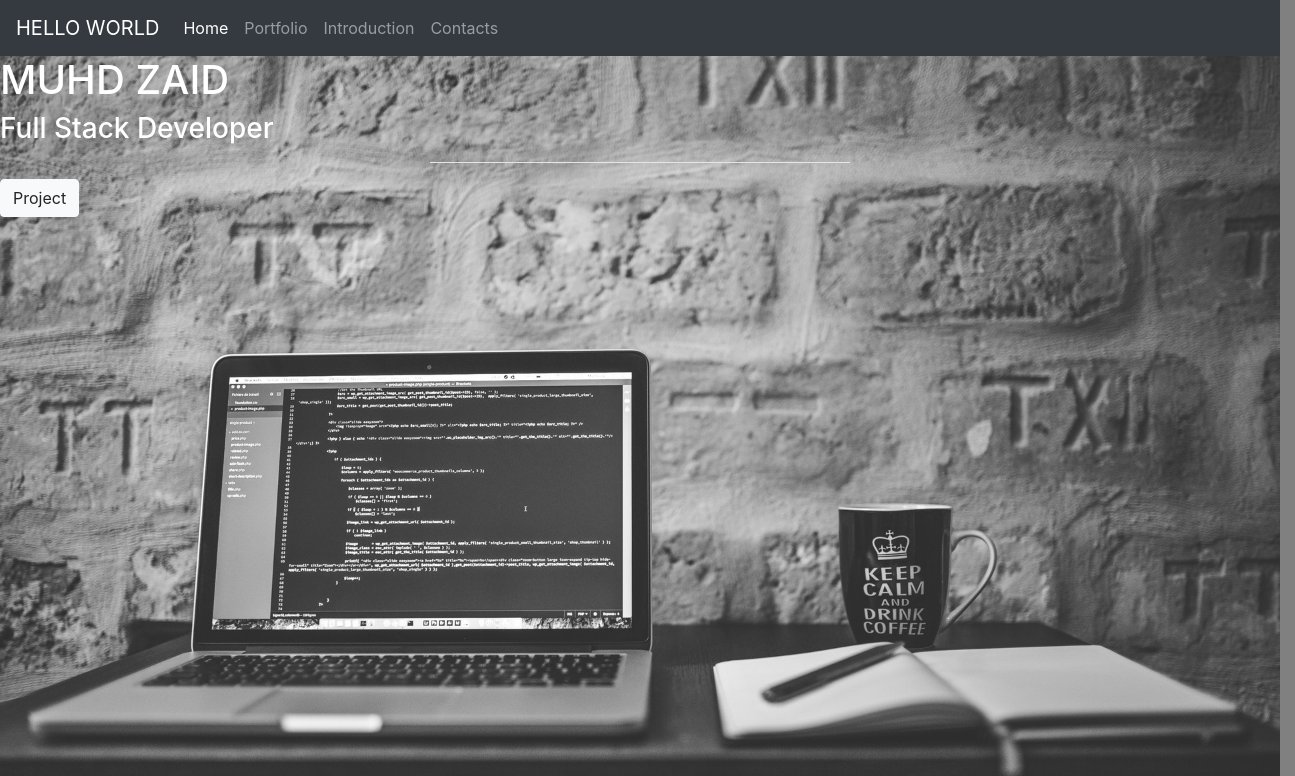
Repository: Code-Institute-Submissions/Zaidcoll-Project1
Page: index.html
The author's editor kept a record of every edit. The page is drawn from the files as they stood at one moment, then again after the next edit.
The browser window is 1280 px wide. The page is 1295 px wide, so the pictures cover 1295 px, including what lies to the right of the window. The pictures show the whole page.

Above is the page before.

After the next edit:
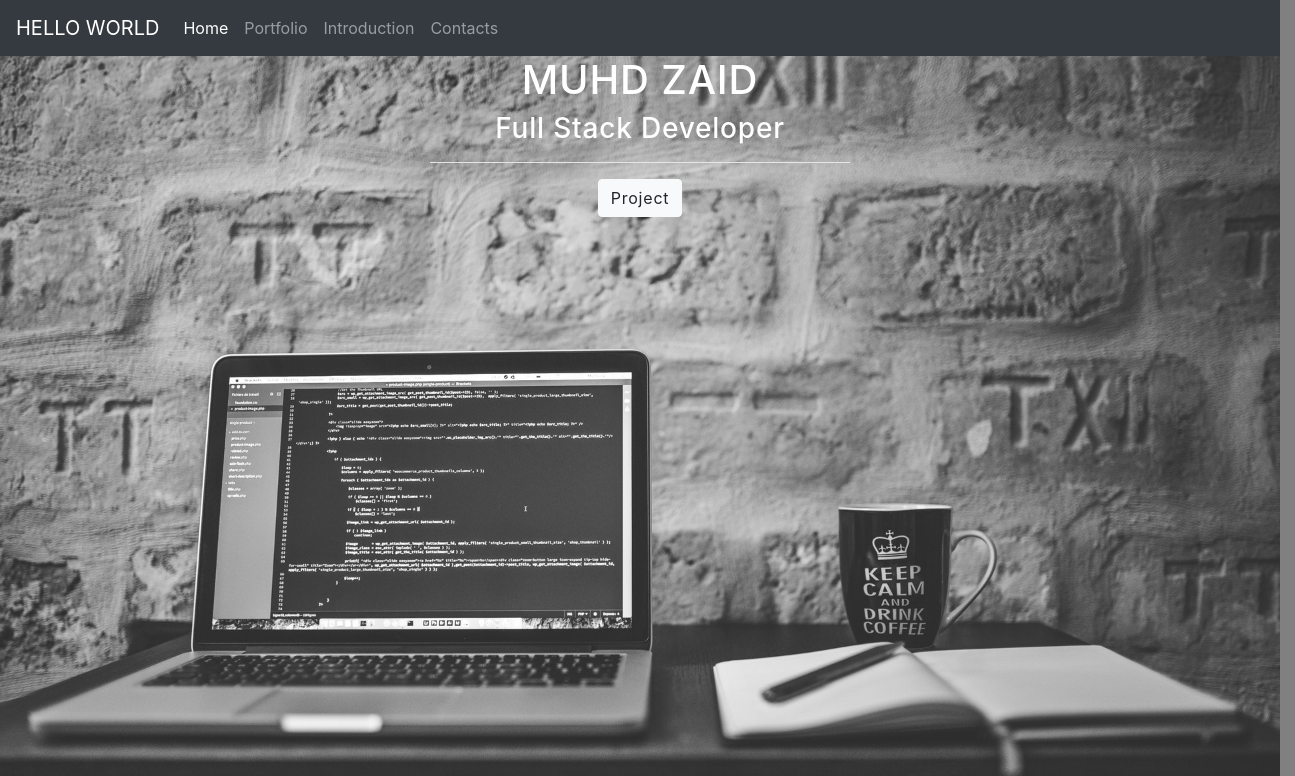
The edit:
--- a/style.css
+++ b/style.css
@@ -10,6 +10,11 @@
   padding-bottom:10vh;
 }
 
+.hero-text{
+  letter-spacing:0.8px;
+  font-size:150%;
+  text-align: center;
+}
 #hr-1{
   background:white;
   width:420px;
